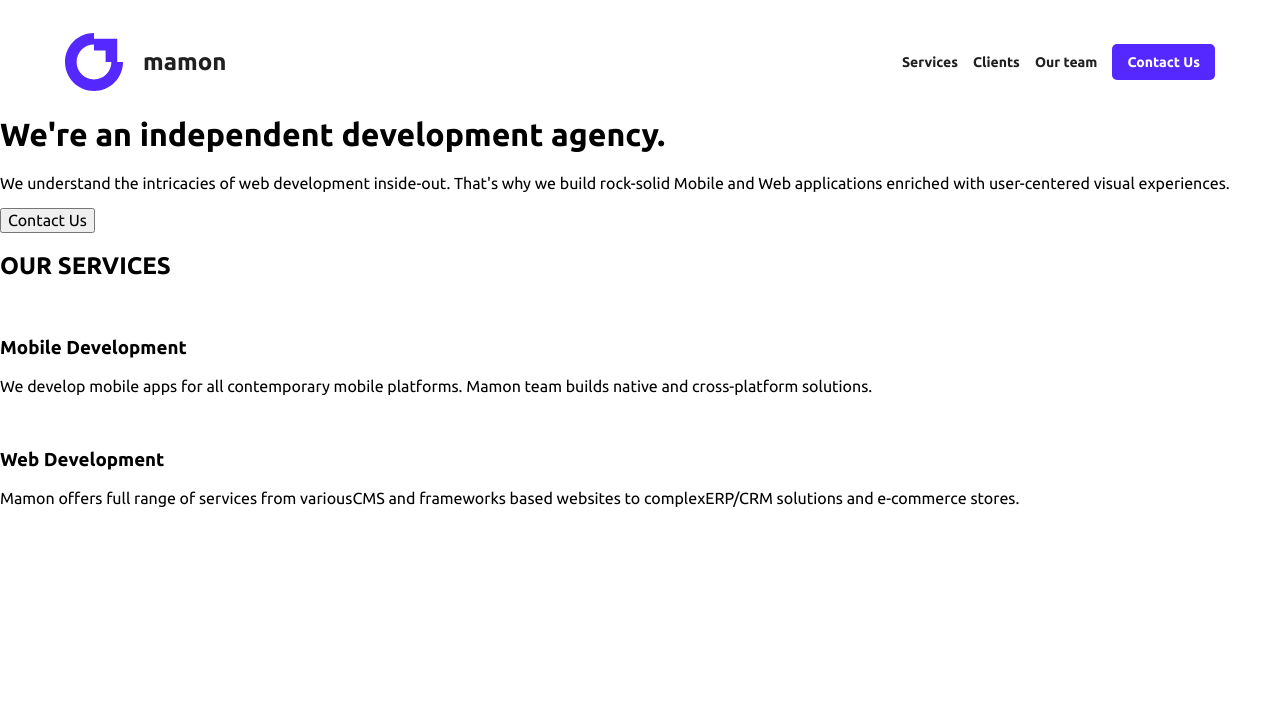
Repository: Vitalii23081984/testHGC
Page: index.html
An editor plug-in stored every save of this project. The page is shown before and after the next save, followed by the edit.
The browser window is 1280 px wide. The pictures show the whole page.

Above is the page before, as saved 2022-11-20 11:20:43.

### index.html
<!DOCTYPE html>
<html lang="en">
<head>
    <meta charset="UTF-8">
    <meta http-equiv="X-UA-Compatible" content="IE=edge">
    <meta name="viewport" content="width=device-width, initial-scale=1.0">
    <title>Mamon</title>
    <link href="https://fonts.googleapis.com/css2?family=Ubuntu:wght@300;400;700&display=swap" rel="stylesheet">
    <link rel="stylesheet" href="https://cdnjs.cloudflare.com/ajax/libs/normalize/8.0.1/normalize.css">
    <link rel="stylesheet" href="css/style.css">
</head>
<body>
    <header>
        <div class="header">
            <a href="" class="logo">
                <span class="logo_img"></span>
                <span class="logo_text">mamon</span></a>
            <nav>
                <ul class="nav">
                    <li><a href="">Services</a></li>
                    <li><a href="">Clients</a></li>
                    <li><a href="">Our team</a></li>
                    <li><button class="nav_btn" type="button">Contact Us</button></li>
                </ul>
            </nav>
        </div>

    </header>
    <div class="page">
        <div class="wrap">
            <h1>We're an independent development agency.</h1>
            <p>We understand the intricacies of web development inside-out. That's why we build rock-solid Mobile and Web applications enriched with user-centered visual experiences.</p>
            <button type="button">Contact Us</button>
        </div>
    </div>
    <div class="page">
        <div class="wrap">
            <h2>OUR SERVICES</h2>
            <div class="services">
                <div class="service-item">
                    <img src="" alt="">
                    <div>
                        <h3>Mobile Development</h3>
                        <p>We develop mobile apps for all contemporary mobile platforms. Mamon team builds native and cross-platform solutions.</p>
                    </div>
                </div>
                <div class="service-item">
                    <img src="" alt="">
                    <div>
                        <h3>Web Development</h3>
                        <p>Mamon offers full range of services from variousCMS and frameworks based websites to complexERP/CRM solutions and e-commerce stores.</p>
                    </div>
                </div>

            </div>
        </div>

    </div>

</body>
</html>

### css/style.css
body {
    font-family: 'Ubuntu', sans-serif;

}
.header {
    width: 100%;
    max-width: 1180px;
    margin: 0 auto;
    padding-left: 15px;
    padding-right: 15px;
    padding-top: 30px;
    display: flex;
    justify-content: space-between;
    align-items: center;
    box-sizing: border-box;
    font-weight: 700;
}
.nav {
    list-style-type: none;
    display: flex;
    justify-content: flex-start;
    align-items: center;
    font-size: 14px;

}
.nav>li {
    margin-left: 15px;
}
.nav>li>a {
    text-decoration: none;
    color: #202020;
}
.nav_btn {
    background-color: #5528FF;
    border-radius: 5px;
    padding: 10px 15px;
    color: white;
    border: none;
    font-weight: 700;
}
.logo {
    display: flex;
    align-items: center;
    text-decoration: none;
}
.logo_img {
    display: block;
    width: 58px;
    height: 58px;
    background-image: url(../img/logo.svg);
    margin-right: 20px;
}
.logo_text {
    font-size: 24px;
    color: #202020;

}

After the next save:
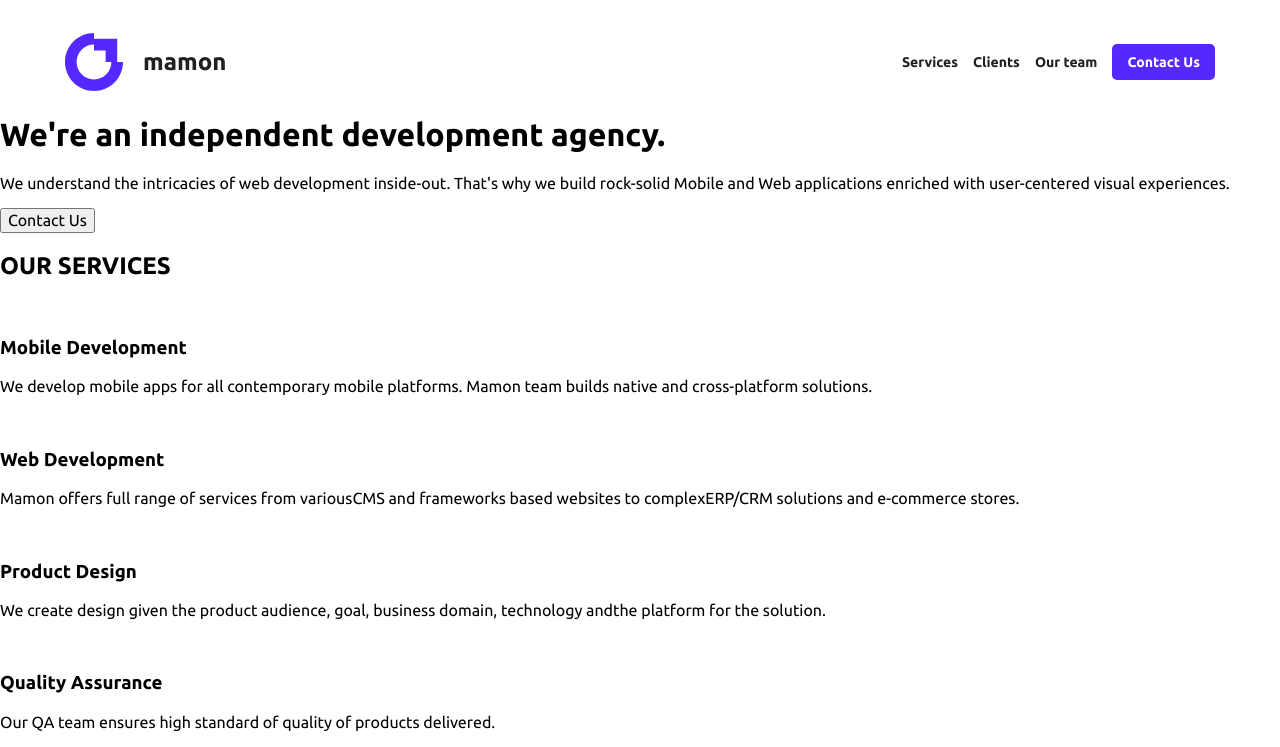
Saved 22 min 0 s later.
--- a/index.html
+++ b/index.html
@@ -51,6 +51,20 @@
                         <p>Mamon offers full range of services from variousCMS and frameworks based websites to complexERP/CRM solutions and e-commerce stores.</p>
                     </div>
                 </div>
+                <div class="service-item">
+                    <img src="" alt="">
+                    <div>
+                        <h3>Product Design</h3>
+                        <p>We create design given the product audience, goal, business domain, technology andthe platform for the solution.</p>
+                    </div>
+                </div>
+                <div class="service-item">
+                    <img src="" alt="">
+                    <div>
+                        <h3>Quality Assurance</h3>
+                        <p> Our QA team ensures high standard of quality of products delivered.</p>
+                    </div>
+                </div>
 
             </div>
         </div>
